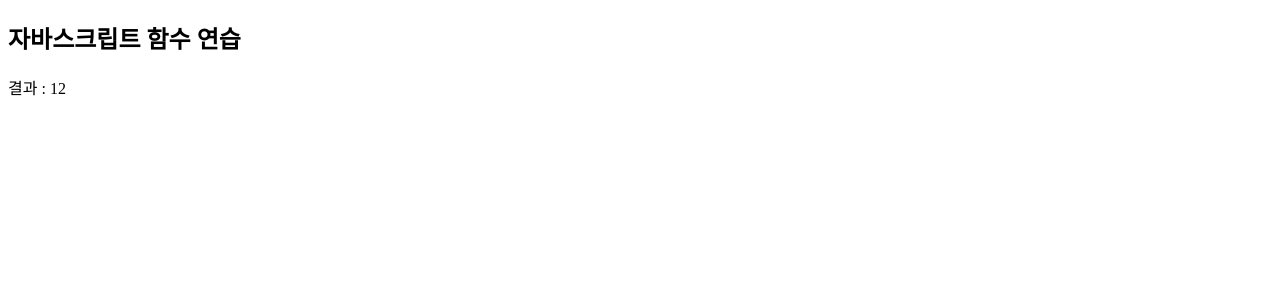
Repository: wjsjsn/23_webstudy
Page: 03_javascript/src/main/webapp/day02/Ex07_function.html
An editor plug-in stored every save of this project. The page is shown before and after the next save, followed by the edit.
The browser window is 1280 px wide. The pictures show the whole page.

Above is the page before, as saved 2023-06-28 02:49:06.

After the next save:
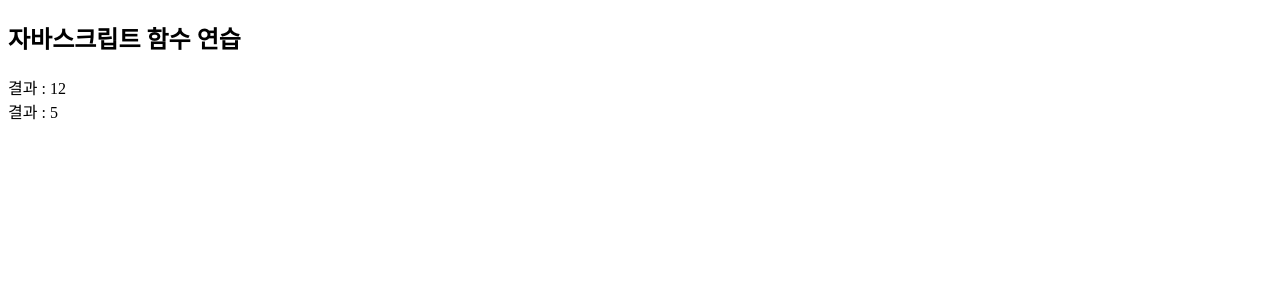
Saved 117 s later.
--- a/03_javascript/src/main/webapp/day02/Ex07_function.html
+++ b/03_javascript/src/main/webapp/day02/Ex07_function.html
@@ -22,6 +22,8 @@
 	<script type="text/javascript">
 		// 리턴이 없는 함수 호출
 		add(7, 5);
+		sub(7, 2);
+		document.write("결과 : " + res + "<br>");
 	</script>
 </body>
 </html>
